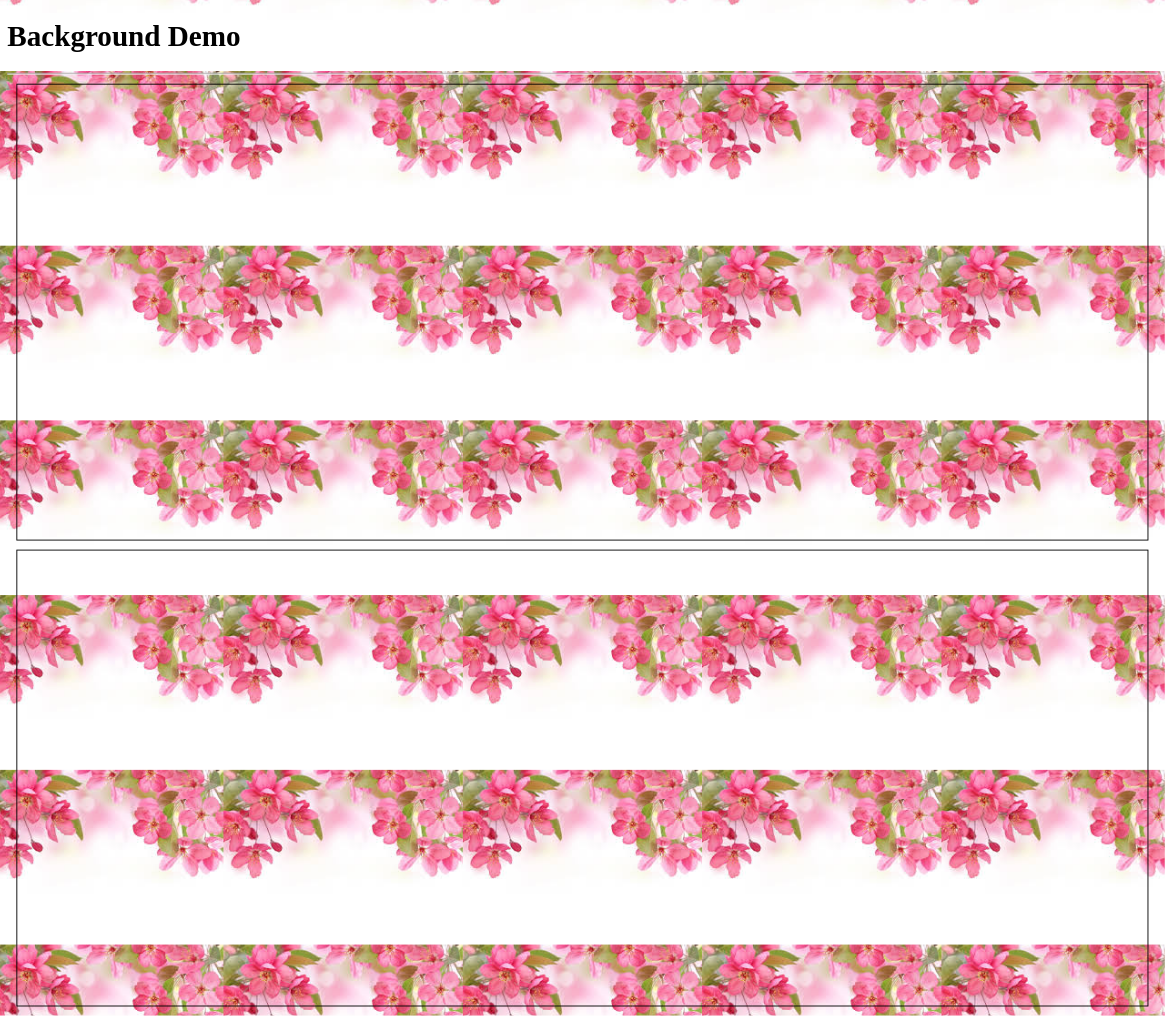
Repository: abhishekj720/HSBCLearn
Page: html/HtmlCssDemo/WebContent/demos/BackgroundDemo.html
The author's editor kept a copy of each file at every save. The page is drawn from the files as they stood at one save, then again after the next save.
The browser window is 1280 px wide. The pictures show the whole page, at 91% of full size.
Backgrounds fixed to the window are drawn as part of the page.

Above is the page before, as saved 2019-07-30 05:00:24.

### html/HtmlCssDemo/WebContent/demos/BackgroundDemo.html
<!DOCTYPE html>
<html>
<head>
<meta charset="ISO-8859-1">
<title>Background Demo</title>
<style>
body{
min-height:600px;
background-image: url('../images/bg1.jpg') ,url('../images/bg2.jpg') ,url('../images/bg3.jpg') ,url('../images/bg4.jpg');
background-repeat:no-repeat x-repeat no-repeat no-repeat;
background-position:center;
background-attachment:fixed;
}
div{
border:1px solid black;
margin:10px;
height:500px;
}
</style>
</head>
<body>
<h1>Background Demo</h1>
<hr/>
<div></div>
<div></div>

</body>
</html>

After the next save:
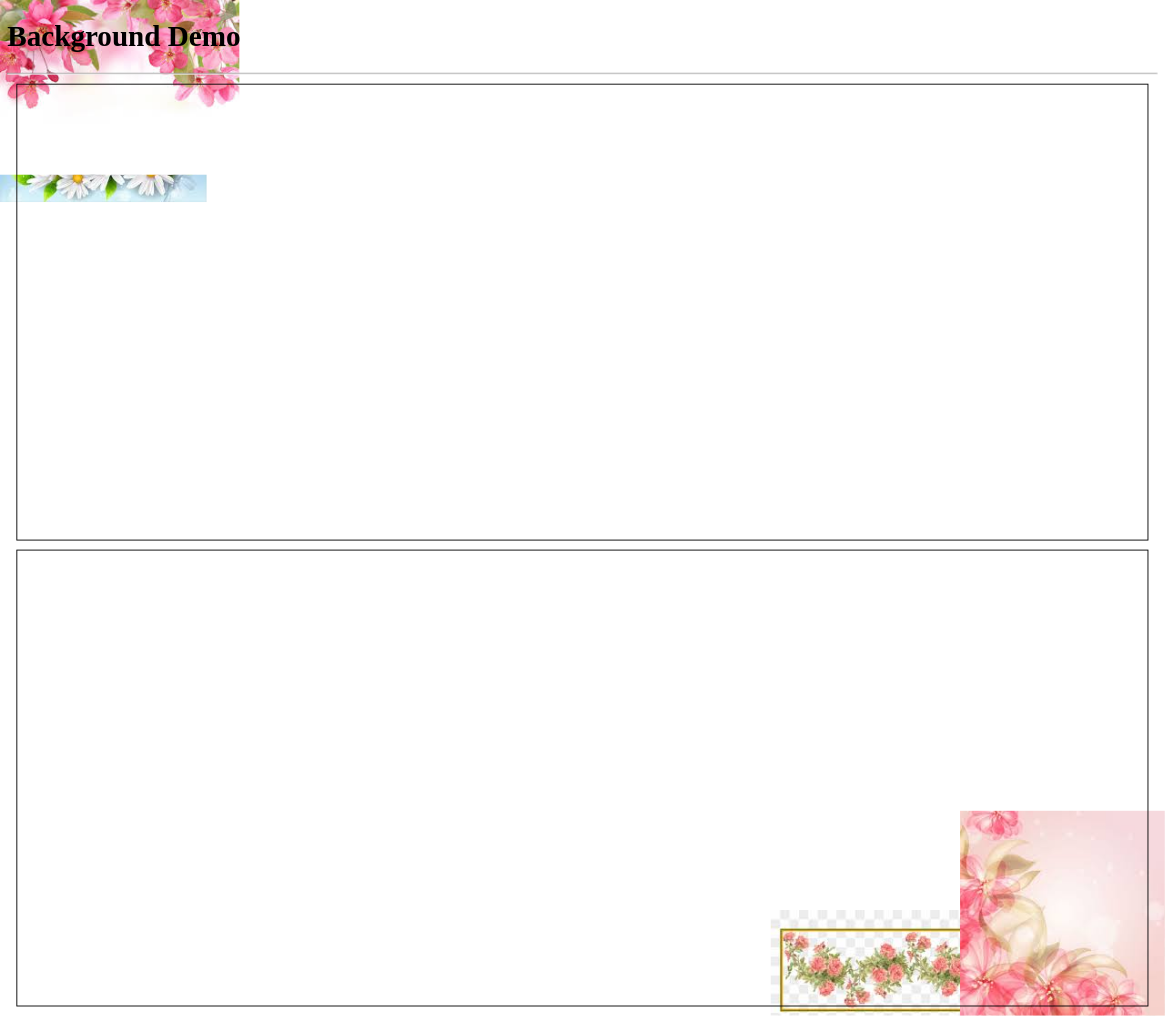
Saved 6 min 50 s later.
--- a/html/HtmlCssDemo/WebContent/demos/BackgroundDemo.html
+++ b/html/HtmlCssDemo/WebContent/demos/BackgroundDemo.html
@@ -7,8 +7,8 @@
 body{
 min-height:600px;
 background-image: url('../images/bg1.jpg') ,url('../images/bg2.jpg') ,url('../images/bg3.jpg') ,url('../images/bg4.jpg');
-background-repeat:no-repeat x-repeat no-repeat no-repeat;
-background-position:center;
+background-repeat: no-repeat no-repeat;
+background-position:top left , bottom right;
 background-attachment:fixed;
 }
 div{
